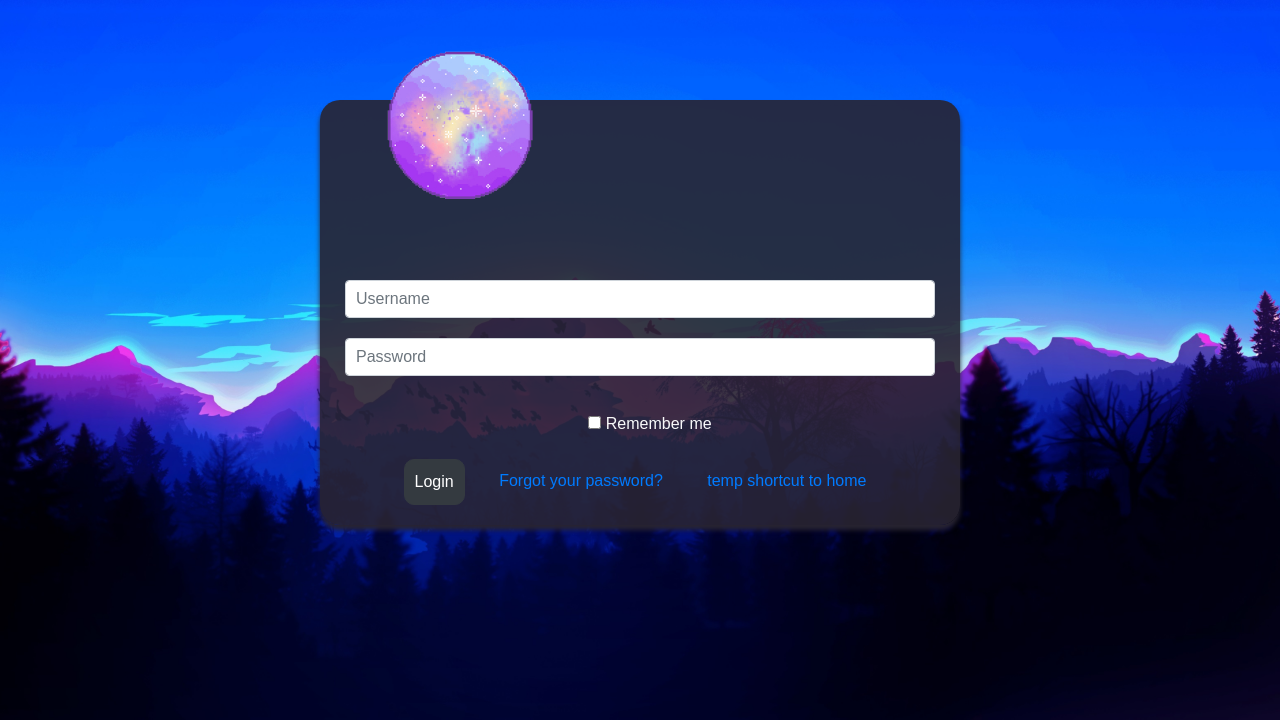
Repository: lbchau/master
Page: html/login.html
These files come from the project's save history. The page is drawn as it stood at one moment and after the next save; the edit follows.
The browser window is 1280 px wide. The pictures show the whole page.

Above is the page before, as saved 2019-05-30 09:06:18.

### html/login.html
<!doctype html>
<html lang="en">
  <head>
    <title>before u start</title>
    <!-- Required meta tags -->
    <meta charset="utf-8">
    <meta name="viewport" content="width=device-width, initial-scale=1, shrink-to-fit=no">
    <!-- Bootstrap CSS -->
    <link rel="stylesheet" href="../css/input_page.css">
    <link rel="stylesheet" href="https://stackpath.bootstrapcdn.com/bootstrap/4.3.1/css/bootstrap.min.css" integrity="sha384-ggOyR0iXCbMQv3Xipma34MD+dH/1fQ784/j6cY/iJTQUOhcWr7x9JvoRxT2MZw1T" crossorigin="anonymous">
  </head>
  <body>
        <div class="login_box col-sm-6">
            <img src="/images/avatar-holder.png" class="avatar_holder">
            <form action="">
              <div class="form-group text-center" style="padding: 10px">
              <!-- <label class="text-light text-uppercase font-weight-bold">hi there, come in</label> -->
            <input type="text" name="username" id="username" class="form-control" placeholder="Username" required>
            <input type="password" name="password" id="password" class="form-control" placeholder="Password" required>
            <div class="form-check text-light">
                <input class="custom-form-input mx-auto my-10" type="checkbox" value="" id="remember">
                <label class="form-check-label" for="remember">
                  Remember me
                </label>
              </div>
            <button type="button" class="btn btn-dark">Login
            </button>
            <a href="#">Forgot your password?</a>
            <a href="homepage.html">temp shortcut to home</a>
            </div>
          </form>
        </div>

    <!-- Optional JavaScript -->
    <!-- jQuery first, then Popper.js, then Bootstrap JS -->
    <script src="https://code.jquery.com/jquery-3.3.1.slim.min.js" integrity="sha384-q8i/X+965DzO0rT7abK41JStQIAqVgRVzpbzo5smXKp4YfRvH+8abtTE1Pi6jizo" crossorigin="anonymous"></script>
    <script src="https://cdnjs.cloudflare.com/ajax/libs/popper.js/1.14.7/umd/popper.min.js" integrity="sha384-UO2eT0CpHqdSJQ6hJty5KVphtPhzWj9WO1clHTMGa3JDZwrnQq4sF86dIHNDz0W1" crossorigin="anonymous"></script>
    <script src="https://stackpath.bootstrapcdn.com/bootstrap/4.3.1/js/bootstrap.min.js" integrity="sha384-JjSmVgyd0p3pXB1rRibZUAYoIIy6OrQ6VrjIEaFf/nJGzIxFDsf4x0xIM+B07jRM" crossorigin="anonymous"></script>
  </body>
</html>

### css/input_page.css
*{
    font-family: Arial, Helvetica, sans-serif;
}

body{
    background: url('../images/login_img.png') no-repeat center fixed;
    background-size: cover;
}

.login_box{
    margin: 100px auto;
    padding: 0;
    background-color: rgba(40, 36, 49,0.9);
    border-radius: 20px;
    box-shadow: 0 5px 5px 0 rgba(40, 36, 49,1);
    border: none;
    outline: none;
}

.avatar_holder{
    margin: auto;
    object-fit: cover;
    height: 250px;
    width: 250px;
    margin-top: -100px;
    background: none;
}

.login_box input{
    margin: 20px auto;
    padding: 10px;
}

.login_box button, a{
    padding: 10px;
    margin: 10px ;
    border-radius: 10px;
}

After the next save:
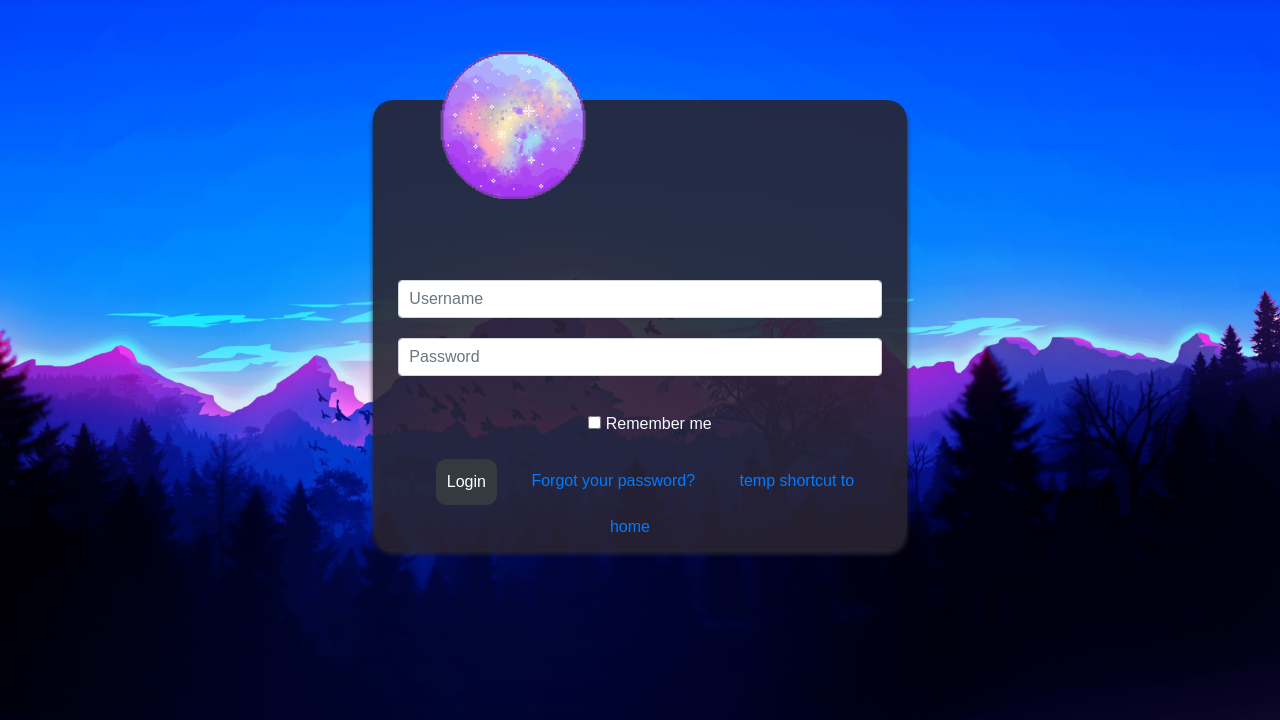
Saved 39 s later.
--- a/html/login.html
+++ b/html/login.html
@@ -10,7 +10,7 @@
     <link rel="stylesheet" href="https://stackpath.bootstrapcdn.com/bootstrap/4.3.1/css/bootstrap.min.css" integrity="sha384-ggOyR0iXCbMQv3Xipma34MD+dH/1fQ784/j6cY/iJTQUOhcWr7x9JvoRxT2MZw1T" crossorigin="anonymous">
   </head>
   <body>
-        <div class="login_box col-sm-6">
+        <div class="login_box col-sm-5">
             <img src="/images/avatar-holder.png" class="avatar_holder">
             <form action="">
               <div class="form-group text-center" style="padding: 10px">
